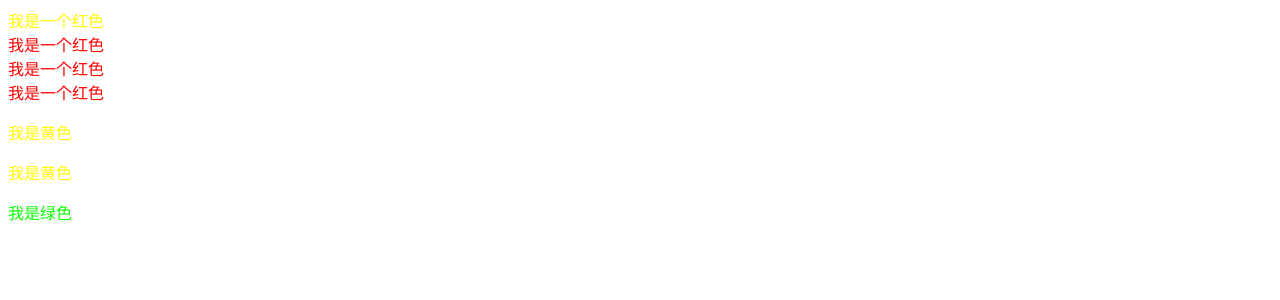
Repository: ls02/VSCode
Page: Java/2022/6-30-1/Test2.html
These files come from the project's save history. The page is drawn as it stood at one moment and after the next save; the edit follows.
The browser window is 1280 px wide. The pictures show the whole page.

Above is the page before, as saved 2022-07-06 21:54:18.

### Java/2022/6-30-1/Test2.html
<!--
 * @Author: ls02 <2877455773@qq.com>
 * @Date: 2022-06-30 22:43:22
 * @LastEditors: ls02 <2877455773@qq.com>
 * @LastEditTime: 2022-07-06 21:54:18
 * @FilePath: \Java\2022\6-30-1\Test2.html
 * @Description:
 *
 * Copyright (c) 2022 by ${ls02 <2877455773@qq.com>}, All Rights Reserved.
-->
<!DOCTYPE html>
<html lang="en">

<head>
    <meta charset="UTF-8">
    <meta http-equiv="X-UA-Compatible" content="IE=edge">
    <meta name="viewport" content="width=device-width, initial-scale=1.0">
    <title>我的标题</title>
    <!-- id选择器必须#开头 -->
    <style>
        /* 所有字体默认颜色都变成红色 */
        * {
            color: red;
        }
    </style>
</head>

<body>
    <!-- 如果有其它选择器会优先使用，默认都是红色 -->
    <div style="color:yellow">我是一个红色</div>
    <div>我是一个红色</div>
    <div>我是一个红色</div>
    <div>我是一个红色</div>
    <p style="color:yellow">我是黄色</p>
    <p style="color:yellow">我是黄色</p>
    <p style="color:rgb(9, 255, 0)">我是绿色</p>

</html>

After the next save:
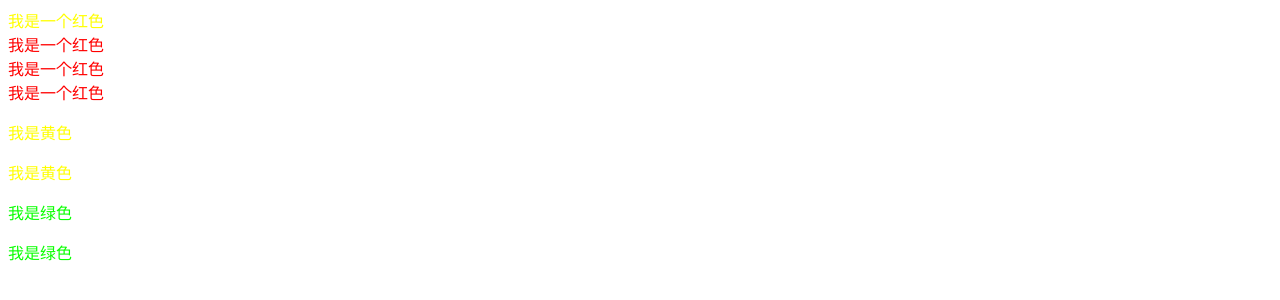
Saved 24 h 50 min later.
--- a/Java/2022/6-30-1/Test2.html
+++ b/Java/2022/6-30-1/Test2.html
@@ -2,7 +2,7 @@
  * @Author: ls02 <2877455773@qq.com>
  * @Date: 2022-06-30 22:43:22
  * @LastEditors: ls02 <2877455773@qq.com>
- * @LastEditTime: 2022-07-06 21:54:18
+ * @LastEditTime: 2022-07-07 22:45:03
  * @FilePath: \Java\2022\6-30-1\Test2.html
  * @Description:
  *
@@ -34,5 +34,6 @@
     <p style="color:yellow">我是黄色</p>
     <p style="color:yellow">我是黄色</p>
     <p style="color:rgb(9, 255, 0)">我是绿色</p>
+    <p style="color:rgb(9, 255, 0)">我是绿色</p>
 
 </html>
